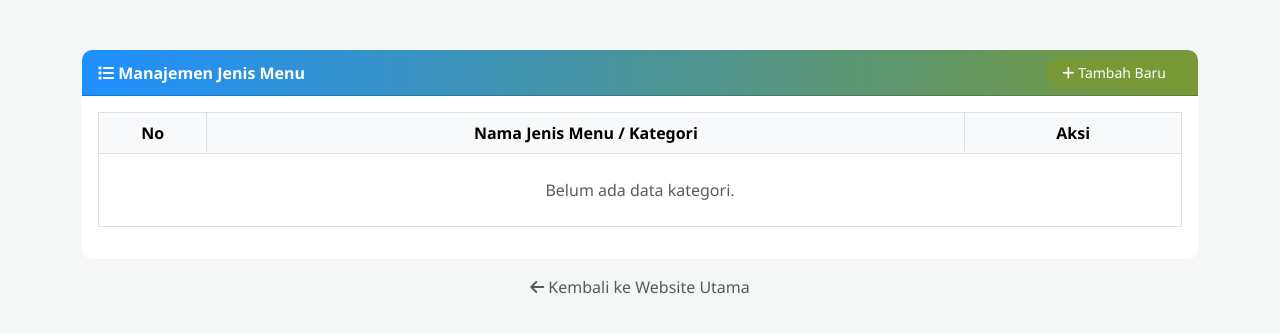
Repository: fzan-ghlii/mystore
Page: http://localhost/jenismenu/index.php
The author's editor kept a copy of each file at every save. The page is drawn from the files as they stood at one save, then again after the next save.
The browser window is 1280 px wide. The pictures show the whole page.
The page is run by PHP 8.4 with error messages shown; the project is at /var/www/html/. Queries for data that is not in the repository find no rows.

Above is the page before, as saved 2025-11-27 11:32:56.

### jenismenu/index.php
<!DOCTYPE html>
<html lang="id">
<head>
    <meta charset="UTF-8">
    <meta name="viewport" content="width=device-width, initial-scale=1.0">
    <title>Admin - Jenis Menu</title>
    <!-- Bootstrap 5 CDN -->
    <link href="https://cdn.jsdelivr.net/npm/bootstrap@5.3.0/dist/css/bootstrap.min.css" rel="stylesheet">
    <link rel="stylesheet" href="https://cdnjs.cloudflare.com/ajax/libs/font-awesome/6.0.0/css/all.min.css">
    <style>
        body { background-color: #f4f7f6; font-family: 'Segoe UI', Tahoma, Geneva, Verdana, sans-serif; }
        .container { margin-top: 50px; }
        .card { border: none; shadow: 0 4px 8px rgba(0,0,0,0.1); border-radius: 10px; }
        .card-header { background: linear-gradient(to right, #1E90FF, #779936); color: white; border-radius: 10px 10px 0 0 !important; font-weight: bold; }
        .btn-add { background-color: #779936; color: white; border: none; }
        .btn-add:hover { background-color: #5e870e; color: white; }
    </style>
</head>
<body>

    <div class="container">
        <div class="card">
            <div class="card-header d-flex justify-content-between align-items-center">
                <span><i class="fas fa-list"></i> Manajemen Jenis Menu</span>
                <!-- Tombol ke halaman Create -->
                <a href="create.php" class="btn btn-add btn-sm rounded-pill px-3">
                    <i class="fas fa-plus"></i> Tambah Baru
                </a>
            </div>
            <div class="card-body">
                <!-- Memanggil file view_jenismenu.php -->
                <?php include 'view_jenismenu.php'; ?>
            </div>
        </div>

        <div class="text-center mt-3">
             <a href="../index.php" class="text-decoration-none text-muted"><i class="fas fa-arrow-left"></i> Kembali ke Website Utama</a>
        </div>
    </div>

    <script src="https://cdn.jsdelivr.net/npm/bootstrap@5.3.0/dist/js/bootstrap.bundle.min.js"></script>
</body>
</html>

### jenismenu/view_jenismenu.php
<?php
// Include koneksi database
include 'db.php';

$sql = "SELECT * FROM tbjenismenu ORDER BY id_jenis DESC";
$result = $conn->query($sql);
?>

<script src="https://cdn.jsdelivr.net/npm/sweetalert2@11"></script>

<div class="table-responsive">
    <table class="table table-hover table-bordered align-middle">
        <thead class="table-light text-center">
            <tr>
                <th width="10%">No</th>
                <th>Nama Jenis Menu / Kategori</th>
                <th width="20%">Aksi</th>
            </tr>
        </thead>
        <tbody>
            <?php
            if ($result->num_rows > 0) {
                $no = 1;
                while($row = $result->fetch_assoc()) {
            ?>
                <tr>
                    <td class="text-center"><?php echo $no++; ?></td>
                    <td><?php echo htmlspecialchars($row['nama_jenis']); ?></td>
                    <td class="text-center">
                        <!-- Tombol Edit -->
                        <a href="edit.php?id=<?php echo $row['id_jenis']; ?>" class="btn btn-warning btn-sm text-white" title="Edit">
                            <i class="fas fa-edit"></i>
                        </a>
                        <!-- Tombol Hapus -->
                       <a href="delete.php?id=<?php echo $row['id_jenis']; ?>"
                           class="btn btn-danger btn-sm"
                           onclick="konfirmasiHapus(event, this.href)">
                           <i class="fas fa-trash"></i>
                        </a>
                    </td>
                </tr>
            <?php
                }
            } else {
                echo "<tr><td colspan='3' class='text-center text-muted py-4'>Belum ada data kategori.</td></tr>";
            }
            $conn->close();
            ?>
        </tbody>
    </table>
</div>

<script>
function konfirmasiHapus(event, urlLink) {
    event.preventDefault(); // Mencegah link langsung jalan

    Swal.fire({
        title: 'Yakin hapus data?',
        text: "Data yang dihapus tidak bisa dikembalikan!",
        icon: 'warning',
        showCancelButton: true,
        confirmButtonColor: '#d33',
        cancelButtonColor: '#3085d6',
        confirmButtonText: 'Ya, Hapus!',
        cancelButtonText: 'Batal'
    }).then((result) => {
        if (result.isConfirmed) {
            window.location.href = urlLink; // Lanjut ke link delete.php
        }
    })
}
</script>

### jenismenu/db.php
<?php
$servername = "localhost";
$username = "root";
$password = ""; // Sesuaikan jika ada password
$dbname = "dbmystore";

// Membuat koneksi
$conn = new mysqli($servername, $username, $password, $dbname);

// Cek koneksi
if ($conn->connect_error) {
    die("Koneksi gagal: " . $conn->connect_error);
}
?>

After the next save:
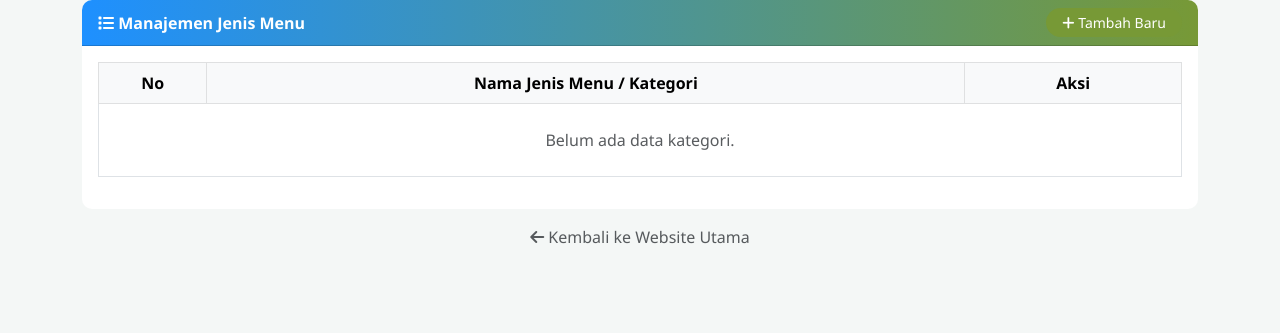
Saved 3 min 28 s later.
--- a/jenismenu/index.php
+++ b/jenismenu/index.php
@@ -9,7 +9,7 @@
     <link rel="stylesheet" href="https://cdnjs.cloudflare.com/ajax/libs/font-awesome/6.0.0/css/all.min.css">
     <style>
         body { background-color: #f4f7f6; font-family: 'Segoe UI', Tahoma, Geneva, Verdana, sans-serif; }
-        .container { margin-top: 50px; }
+        .container-fluid { margin-top: 20px; }
         .card { border: none; shadow: 0 4px 8px rgba(0,0,0,0.1); border-radius: 10px; }
         .card-header { background: linear-gradient(to right, #1E90FF, #779936); color: white; border-radius: 10px 10px 0 0 !important; font-weight: bold; }
         .btn-add { background-color: #779936; color: white; border: none; }
